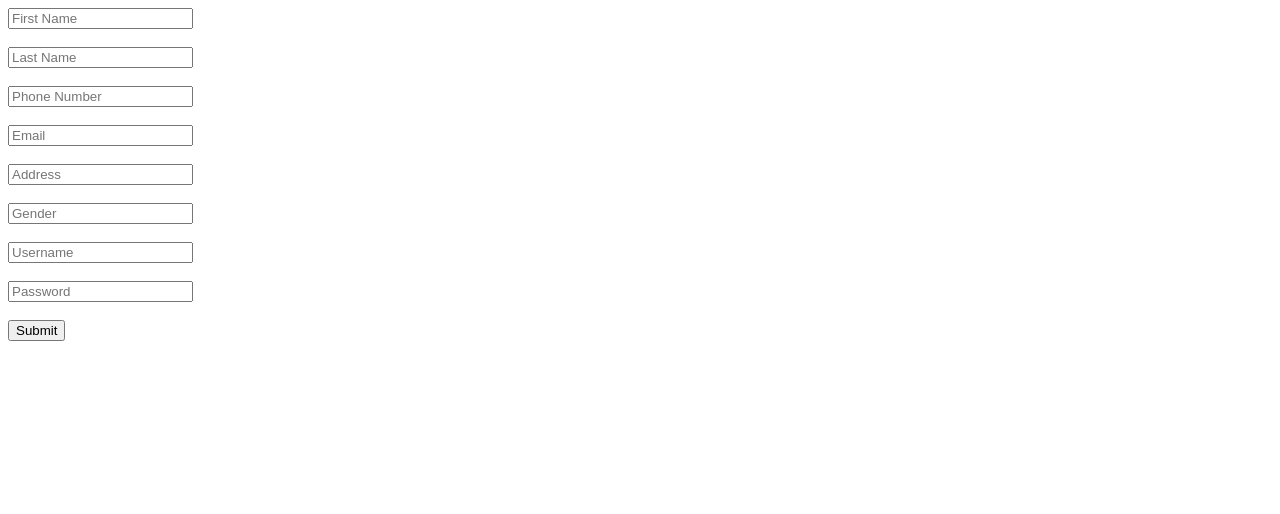
Repository: Muhairiz/Web
Page: http://localhost/E-Libraries/Index.jsp
An editor plug-in stored every save of this project. The page is shown before and after the next save, followed by the edit.
The browser window is 1280 px wide. The pictures show the whole page.
The page is served by Tomcat 9.

Above is the page before, as saved 2020-08-07 10:22:38.

After the next save:
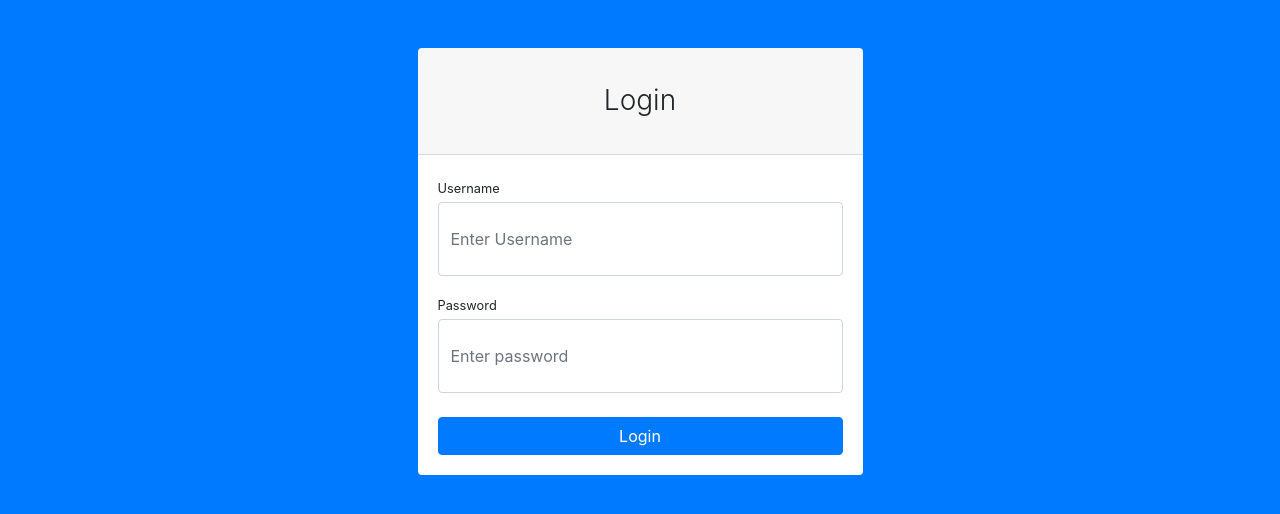
Saved 117 s later.
--- a/E-Libraries/WebContent/Index.jsp
+++ b/E-Libraries/WebContent/Index.jsp
@@ -2,21 +2,8 @@
     pageEncoding="ISO-8859-1"%>
 <!DOCTYPE html>
 <html>
-<head>
-<meta charset="ISO-8859-1">
-<title>Insert title here</title>
-</head>
+<%@ include file ="includes/header.jsp" %>
 <body>
-<form action="SaveUser" method="post">
-	<input type="text" name="fname"  placeholder="First Name"><br><br>
-	<input type="text" name="lname"  placeholder="Last Name"><br><br>
-	<input type="text" name="phone" placeholder="Phone Number"><br><br>
-	<input type="text" name="email" placeholder="Email"><br><br>
-	<input type="text" name="add" placeholder="Address"><br><br>
-	<input type="text" name="gender" placeholder="Gender"><br><br>
-	<input type="text" name="user" placeholder="Username"><br><br>
-	<input type="password" name="pass" placeholder="Password"><br><br>
-	<input type="submit" name="btnsub">
-	</form>
+<%@ include file ="includes/navbar.jsp" %>
 </body>
 </html>
